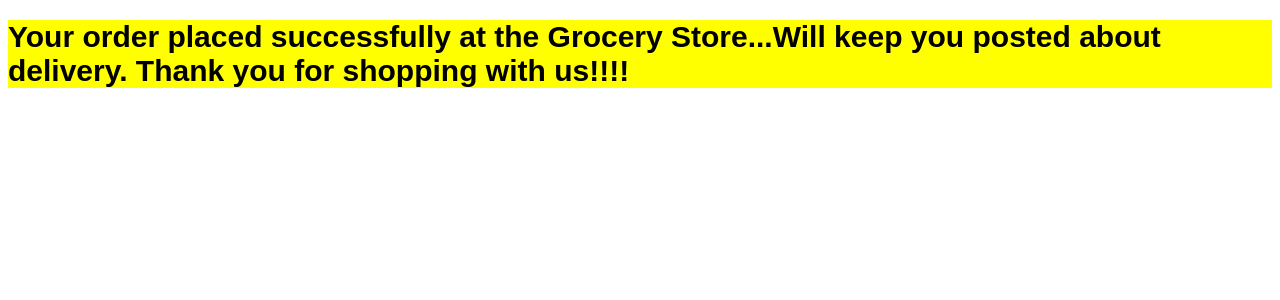
Repository: pournimapatil27/GroceryStoreMicroservice
Page: StoreLogin/src/main/resources/static/invalid.html
An editor plug-in stored every save of this project. The page is shown before and after the next save, followed by the edit.
The browser window is 1280 px wide. The pictures show the whole page.

Above is the page before, as saved 2021-11-29 16:31:40.

### StoreLogin/src/main/resources/static/invalid.html
<?xml version="1.0" encoding="UTF-8"?>
<!DOCTYPE html PUBLIC "-//W3C//DTD XHTML 1.0 Transitional//EN"
"http://www.w3.org/TR/xhtml1/DTD/xhtml1-transitional.dtd">
<html xmlns="http://www.w3.org/1999/xhtml"
      xmlns:h="http://java.sun.com/jsf/html">
   <h:head>
      <title>Welcome to Grocery Store</title>
   </h:head>
   <h:body>
      <h1 style="background-color:yellow;font-family:'Arial';font-size:30px; float: center">Your order placed successfully at the Grocery Store...Will keep you posted about delivery. Thank you for shopping with us!!!!</h1>
   </h:body>
</html>

After the next save:
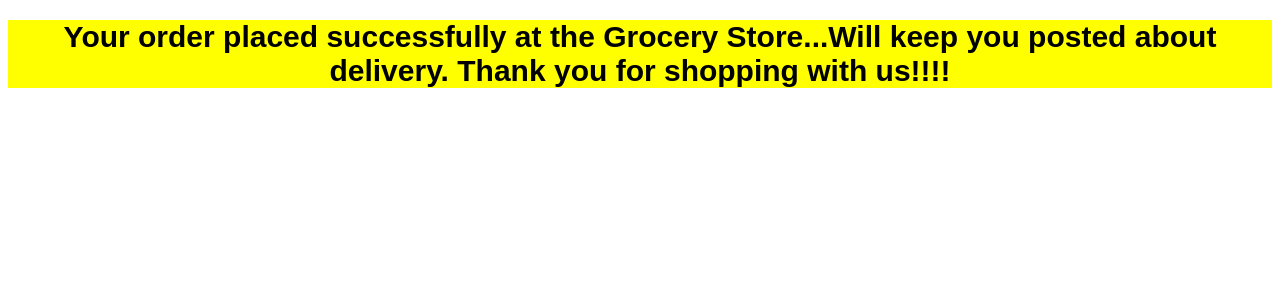
Saved 25 s later.
--- a/StoreLogin/src/main/resources/static/invalid.html
+++ b/StoreLogin/src/main/resources/static/invalid.html
@@ -7,6 +7,6 @@
       <title>Welcome to Grocery Store</title>
    </h:head>
    <h:body>
-      <h1 style="background-color:yellow;font-family:'Arial';font-size:30px; float: center">Your order placed successfully at the Grocery Store...Will keep you posted about delivery. Thank you for shopping with us!!!!</h1>
+      <h1 style="background-color:yellow;font-family:'Arial';font-size:30px;text-align: center">Your order placed successfully at the Grocery Store...Will keep you posted about delivery. Thank you for shopping with us!!!!</h1>
    </h:body>
 </html>
